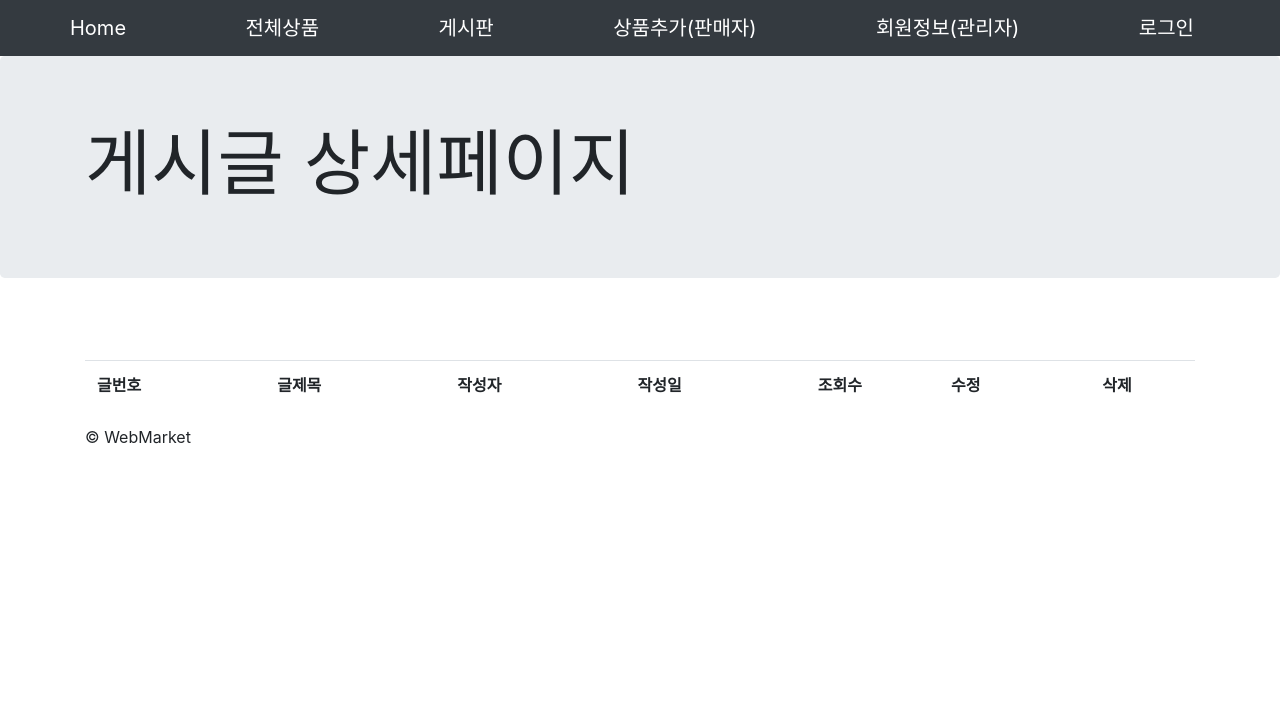
Repository: davisbyun/ai
Page: http://localhost/WebMarket/board/boardDetail.jsp
These files come from the project's save history. The page is drawn as it stood at one moment and after the next save; the edit follows.
The browser window is 1280 px wide. The pictures show the whole page.
The page is served by Tomcat 9. Other server files are loaded and not shown.

Above is the page before, as saved 2024-01-30 02:16:01.

### WebMarket/src/main/webapp/board/boardDetail.jsp
<%@ page language="java" contentType="text/html; charset=UTF-8"
    pageEncoding="UTF-8"%>
<!DOCTYPE html>
<html>
<body>
<head>
<meta charset="UTF-8">
<title>boardDetail.jsp 게시글 상세페이지 </title>
<link rel="stylesheet" href="./css/bootstrap.min.css" />
</head>
<body>
  <jsp:include page="../menu.jsp"></jsp:include>
  <div class="jumbotron">
    <div class="container">
        <h1 class="display-3"> 게시글 상세페이지 </h1>
    </div>
  </div>
  <%

  	request.setCharacterEncoding("utf-8");
    //num=1&title=가입인사content=잘%20부탁합니다&writer=홍길동®_date=2024-01-30&count1
    String num = request.getParameter("num");
    String title = request.getParameter("title");
    String content = request.getParameter("contnet");
    String writer = request.getParameter("writer");
    String count = request.getParameter("count");

  %>


  <div class="container">

    <div style="padding-top: 50px">
	 <table class="table table-hover">
    	<tr>
    	<th>글번호</th> <th>  </th>
    	<th>글제목</th> <th>  </th>
    	<th>작성자</th> <th>  </th>
    	<th>작성일</th> <th>  </th>
    	<th>조회수</th>
    	<th>수정</th> <th>
    	<th>삭제</th></tr>
     </table>
    </div>
  </div>




  <jsp:include page="../footer.jsp"/>

  </body>
  </html>

### WebMarket/src/main/webapp/menu.jsp
<%@ page language="java" contentType="text/html; charset=UTF-8"
    pageEncoding="UTF-8"%>
<!DOCTYPE html>
<html>
<head>
<meta charset="UTF-8">
<title>Insert title here</title>
<link rel="stylesheet" href="https://cdn.jsdelivr.net/npm/bootstrap@4.0.0/dist/css/bootstrap.min.css" integrity="sha384-Gn5384xqQ1aoWXA+058RXPxPg6fy4IWvTNh0E263XmFcJlSAwiGgFAW/dAiS6JXm" crossorigin="anonymous">
</head>
<body>
	 <nav class="navbar navbar-expand navbar-dark bg-dark">
    <div class="container">
        <div class="navbar-header">
            <a class="navbar-brand" href="/WebMarket/welcome.jsp">Home</a>
        </div>
        <div class="navbar-header">
            <a class="navbar-brand" href="/WebMarket/products.jsp">전체상품</a>
        </div>
        <div class="navbar-header">
            <a class="navbar-brand" href="/WebMarket/board/boardList.jsp">게시판</a>
        </div>
        <div class="navbar-header">
            <a class="navbar-brand" href="/WebMarket/addProduct.jsp">상품추가(판매자)</a>
        </div>
        <div class="navbar-header">
             <a class="navbar-brand" href="/WebMarket/member/memberInfo.jsp">회원정보(관리자)</a>
         </div>
         <%
            //세션 가져오기
            String name = (String)session.getAttribute("name");
         	String id = (String )session.getAttribute("id");
         	String loginOk = "로그인";
         	if( name != null ) {
         		loginOk = name + "님 ";
         %>
         <div class="navbar-header">
         	<div class="text-white"> <h5><%=loginOk %> </h5>&nbsp;&nbsp;
             <a class="navbar-brand" href="/WebMarket/member/logOut.jsp"> 로그아웃 </a>
         </div>
         </div>

         <%

         	}else {
         		loginOk = "로그인";
         %>
         <div class="navbar-header">
             <a class="navbar-brand" href="/WebMarket/member/login.jsp"><%= loginOk %></a>
         </div>
         <%
         	}
         %>

     </div>
   </nav>
</body>
</html>

### WebMarket/src/main/webapp/footer.jsp
<%@ page language="java" contentType="text/html; charset=UTF-8"
    pageEncoding="UTF-8"%>
<!DOCTYPE html>
<html>
<head>
<meta charset="UTF-8">
<title>Insert title here</title>
 <link rel="stylesheet" href="https://cdn.jsdelivr.net/npm/bootstrap@4.0.0/dist/css/bootstrap.min.css" integrity="sha384-Gn5384xqQ1aoWXA+058RXPxPg6fy4IWvTNh0E263XmFcJlSAwiGgFAW/dAiS6JXm" crossorigin="anonymous">
</head>
<body>
     <footer class="container">
	    <p>&copy; WebMarket</p>
	 </footer>
</body>
</html>

Loaded but not shown: WebMarket/src/main/webapp/css/bootstrap.min.css (library)

After the next save:
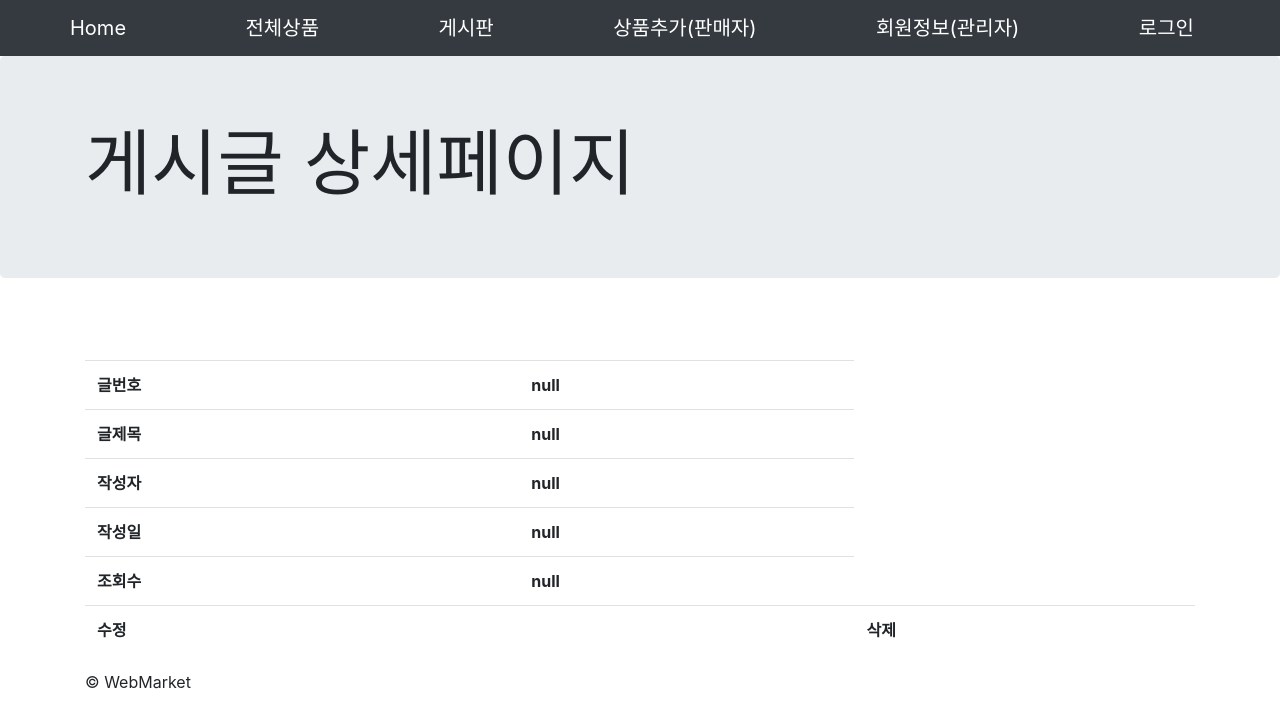
Saved 2 min 31 s later.
--- a/WebMarket/src/main/webapp/board/boardDetail.jsp
+++ b/WebMarket/src/main/webapp/board/boardDetail.jsp
@@ -32,12 +32,12 @@
 
     <div style="padding-top: 50px">
 	 <table class="table table-hover">
-    	<tr>
-    	<th>글번호</th> <th>  </th>
-    	<th>글제목</th> <th>  </th>
-    	<th>작성자</th> <th>  </th>
-    	<th>작성일</th> <th>  </th>
-    	<th>조회수</th>
+
+    	<tr> <th>글번호</th> <th> <%= num %>  </th> </tr>
+    	<th>글제목</th> <th> <%= title %>  </th> </tr>
+    	<th>작성자</th> <th> <%= content %>  </th> </tr>
+    	<th>작성일</th> <th> <%= writer %>  </th> </tr>
+    	<th>조회수</th> <th> <%= count %>  </th> </tr>
     	<th>수정</th> <th>
     	<th>삭제</th></tr>
      </table>
